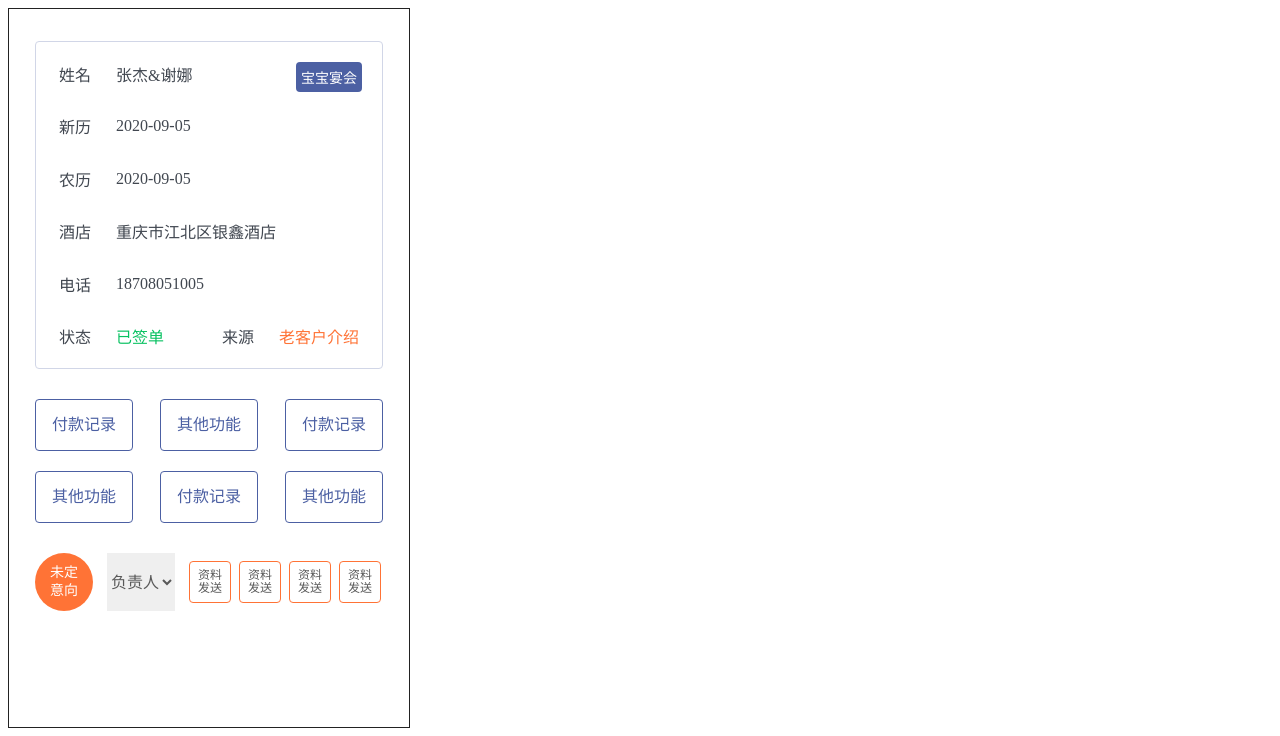
Repository: Lairuola/wedding-1
Page: index.html
These files come from the project's save history. The page is drawn as it stood at one moment and after the next save; the edit follows.
The browser window is 1280 px wide. The pictures show the whole page.

Above is the page before, as saved 2020-12-17 14:30:05.

### index.html
<!--
 * @Author       : 濑若拉
 * @Date         : 2020-12-17 10:22:14
 * @LastEditors  : 濑若拉
 * @LastEditTime : 2020-12-17 14:30:05
 * @FilePath     : /slidebar/index.html
-->


<!DOCTYPE html>
<html lang="en">

<head>
  <meta charset="UTF-8">
  <meta name="viewport" content="width=device-width, initial-scale=1.0">
  <title>Document</title>
  <style>
    .slide-left {
      width: 402px;
      height: 100vh;
      box-sizing: border-box;
      padding: 32px 26px;
      overflow-y: auto;
      display: flex;
      flex-direction: column;
      align-items: center;
      border: 1px solid #222;
    }

    .info {
      width: 100%;
      height: 328px;
      display: flex;
      flex-direction: column;
      justify-content: space-between;
      padding: 20px 23px;
      position: relative;
      box-sizing: border-box;
      border-radius: 4px;
      border: solid 1px #d1d6e7;
    }

    .info .row {
      width: 100%;
      display: flex;
      font-size: 16px;
      color: #414750;
      flex-direction: row;
      align-items: center;
    }

    .info .row .label,
    .info .end-row .item .label {
      margin-right: 25px;
    }

    .info .end-row {
      width: 100%;
      display: flex;
      flex-direction: row;
      align-items: center;
      justify-content: space-between;
      font-size: 16px;
      color: #414750;
    }

    .info .end-row .item {
      display: flex;
      flex-direction: row;
      align-items: center;
      font-size: 16px;
      color: #414750;
    }

    .info .info-tag {
      padding: 5px;
      background-color: #4c60a3;
      border-radius: 4px;
      font-size: 14px;
      color: #fff;
      position: absolute;
      top: 20px;
      right: 20px;
    }

    .btn-area {
      width: 100%;
      display: flex;
      flex-direction: row;
      align-items: center;
      justify-content: space-between;
      flex-wrap: wrap;
      margin-top: 10px;
      margin-bottom: 30px;
    }

    .btn-area .btn {
      width: 96px;
      height: 50px;
      background-color: #ffffff;
      border-radius: 4px;
      border: solid 1px #4c60a3;
      font-size: 16px;
      color: #4c60a3;
      text-align: center;
      line-height: 50px;
      margin-top: 20px;
    }

    .bot-area {
      width: 100%;
      display: flex;
      flex-direction: column;
    }

    .bot-area .item {
      width: 100%;
      display: flex;
      flex-direction: row;
    }

    .bot-area .item .circle {
      width: 58px;
      height: 58px;
      color: #fff;
      border-radius: 100%;
      display: flex;
      align-items: center;
      justify-content: center;
    }

    .bot-area .item .circle .text {
      width: 28px;
      height: 36px;
      font-size: 14px;
      line-height: 18px;
    }

    .bot-area .item .bot-select {
      border: none;
      outline: none;
      margin: 0 14px;
      color: #595959;
      font-size: 16px;
      width: 68px;
      height: 58px;
    }

    .bot-area .item .btn-row {
      flex: 1;
      display: flex;
      flex-direction: row;
      flex-wrap: wrap;
      margin-right: -8px;
    }

    .bot-area .item .btn-row .btn {
      width: 40px;
      height: 40px;
      border-radius: 4px;
      margin-right: 8px;
      border: 1px solid;
      display: flex;
      align-items: center;
      justify-content: center;
      margin-top: 8px;
      color: #595959;
    }

    .bot-area .item .btn-row .btn .word {
      width: 24px;
      height: 26px;
      font-size: 12px;
      line-height: 13px;
      letter-spacing: 0px;
    }

    .bot-area .item .btn-row .btn.orange {
      border-color: #ff7336;
    }

    .bot-area .item .btn-row .btn.orange:hover {
      background-color: #ff7336;
      color: #fff;
    }

    .color-green {
      color: #07c160
    }

    .color-orange {
      color: #ff7336;
    }

    .bg-color-red {
      background-color: #ff7336;
    }
  </style>
</head>

<body>
  <div class="slide-left">
    <!-- 资料 -->
    <div class="info">
      <div class="row">
        <div class="label">姓名</div>
        <div class="content">张杰&谢娜</div>
      </div>
      <div class="row">
        <div class="label">新历</div>
        <div class="content">2020-09-05</div>
      </div>
      <div class="row">
        <div class="label">农历</div>
        <div class="content">2020-09-05</div>
      </div>
      <div class="row">
        <div class="label">酒店</div>
        <div class="content">重庆市江北区银鑫酒店</div>
      </div>
      <div class="row">
        <div class="label">电话</div>
        <div class="content">18708051005</div>
      </div>
      <div class="end-row">
        <div class="item">
          <div class="label">状态</div>
          <div class="content color-green">已签单</div>
        </div>
        <div class="item">
          <div class="label">来源</div>
          <div class="content color-orange">老客户介绍</div>
        </div>
      </div>
      <!-- tag -->
      <div class="info-tag">宝宝宴会</div>
    </div>
    <!-- btn-area -->
    <div class="btn-area">
      <div class="btn">付款记录</div>
      <div class="btn">其他功能</div>
      <div class="btn">付款记录</div>
      <div class="btn">其他功能</div>
      <div class="btn">付款记录</div>
      <div class="btn">其他功能</div>
    </div>
    <!-- bot-area -->
    <div class="bot-area">
      <div class="item">
        <div class="circle bg-color-red">
          <div class="text">未定意向</div>
        </div>
        <select class='bot-select' name="" id="">
          <option value="">负责人</option>
        </select>
        <div class="btn-row">
          <div class="btn orange">
            <div class="word">资料发送</div>
          </div>
          <div class="btn orange">
            <div class="word">资料发送</div>
          </div>
          <div class="btn orange">
            <div class="word">资料发送</div>
          </div>
          <div class="btn orange">
            <div class="word">资料发送</div>
          </div>
        </div>
      </div>
    </div>
  </div>
</body>

</html>

After the next save:
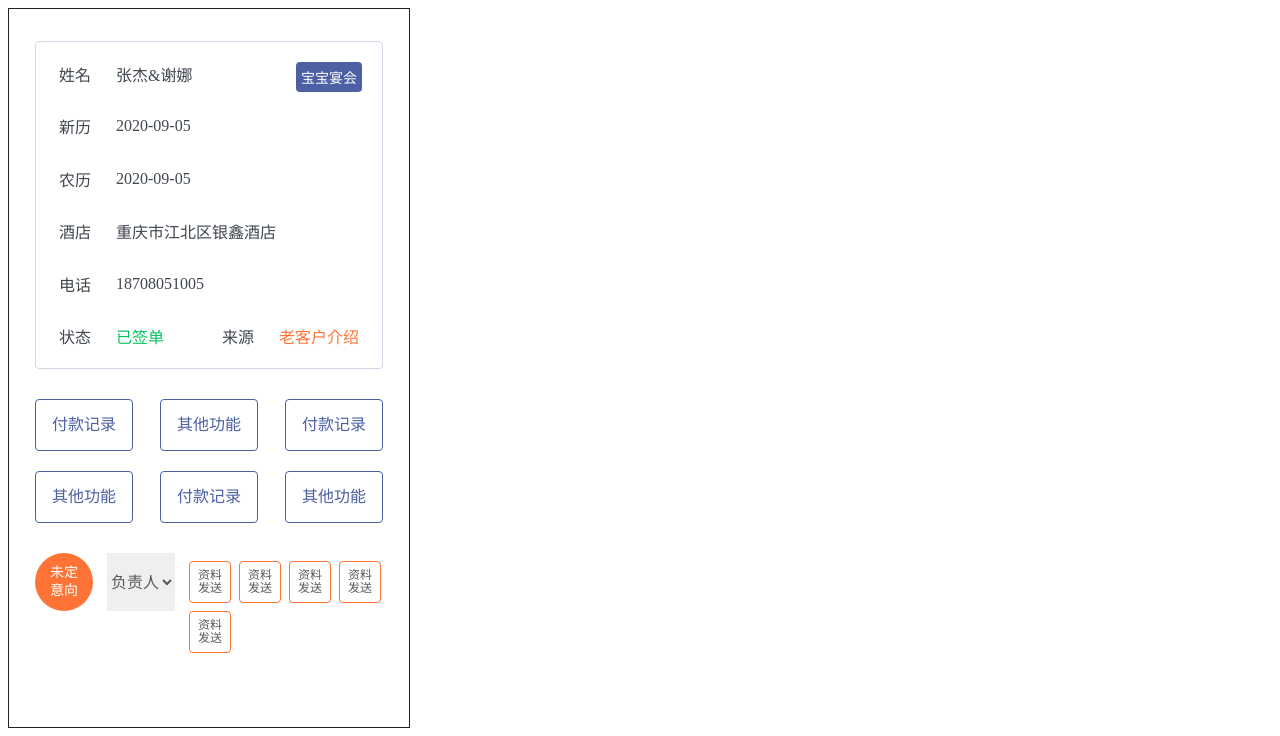
Saved 13 s later.
--- a/index.html
+++ b/index.html
@@ -2,7 +2,7 @@
  * @Author       : 濑若拉
  * @Date         : 2020-12-17 10:22:14
  * @LastEditors  : 濑若拉
- * @LastEditTime : 2020-12-17 14:30:05
+ * @LastEditTime : 2020-12-17 14:30:18
  * @FilePath     : /slidebar/index.html
 -->
 
@@ -266,6 +266,9 @@
           <div class="btn orange">
             <div class="word">资料发送</div>
           </div>
+          <div class="btn orange">
+            <div class="word">资料发送</div>
+          </div>
         </div>
       </div>
     </div>

After the save that followed:
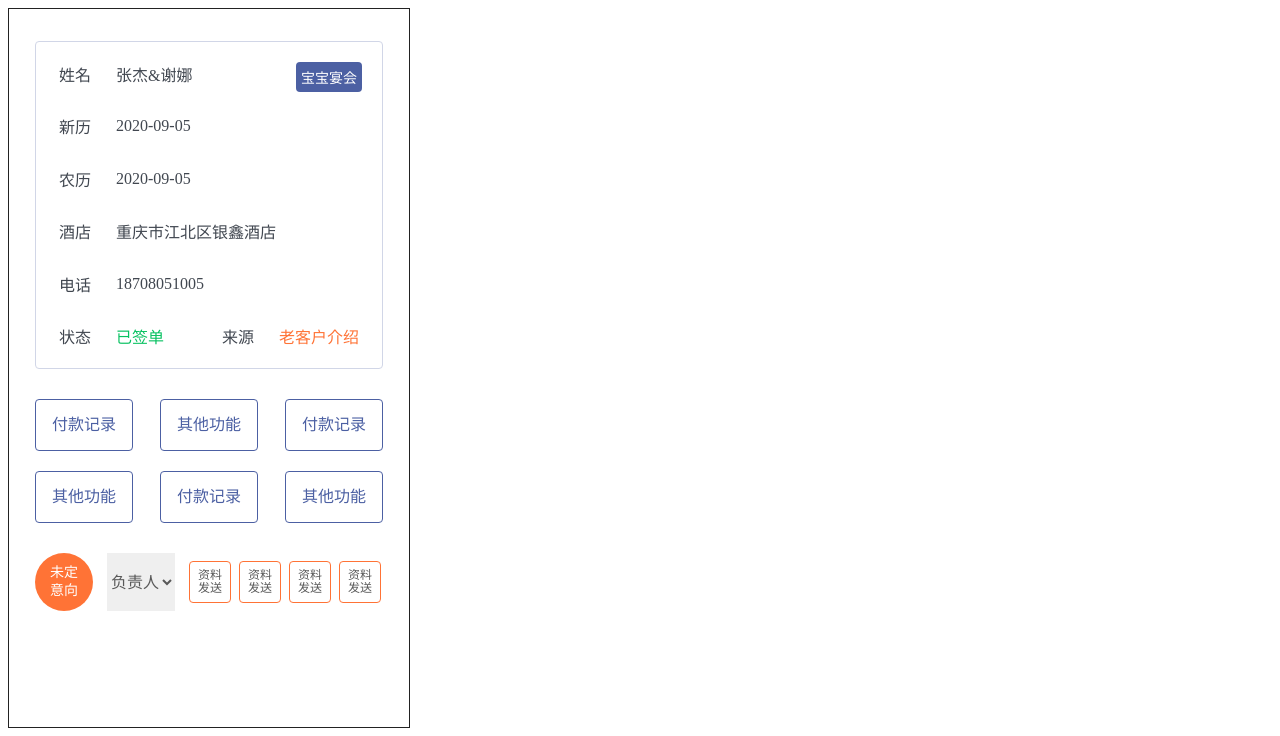
Saved 12 s later.
--- a/index.html
+++ b/index.html
@@ -2,7 +2,7 @@
  * @Author       : 濑若拉
  * @Date         : 2020-12-17 10:22:14
  * @LastEditors  : 濑若拉
- * @LastEditTime : 2020-12-17 14:30:18
+ * @LastEditTime : 2020-12-17 14:30:30
  * @FilePath     : /slidebar/index.html
 -->
 
@@ -266,9 +266,6 @@
           <div class="btn orange">
             <div class="word">资料发送</div>
           </div>
-          <div class="btn orange">
-            <div class="word">资料发送</div>
-          </div>
         </div>
       </div>
     </div>
